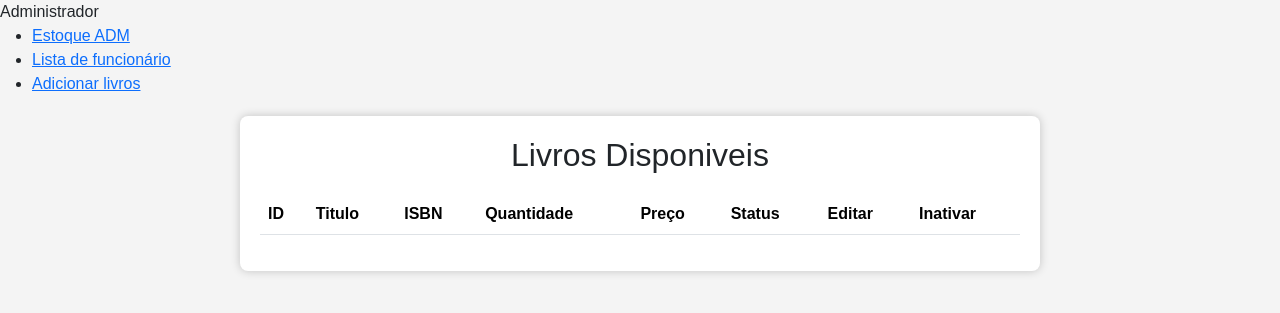
Repository: isabeli2203/tcc-final-agr-vai-oficial
Page: http://localhost/EstoqueADM
These files come from the project's save history. The page is drawn as it stood at one moment and after the next save; the edit follows.
The browser window is 1280 px wide. The pictures show the whole page.
The page is this project's Thymeleaf template; nobody is signed in. The template is opened directly, without the code that normally fills it, so the values that code supplies are empty.

Above is the page before, as saved 2023-10-14 17:55:12.

### universoliterario/src/main/resources/templates/EstoqueADM.html
<!DOCTYPE html>
<html lang="en">

<head>
	<meta charset="UTF-8">
	<meta name="viewport" content="width=device-width, initial-scale=1.0">
	<title>Lista de Livros</title>

	<script src="https://cdn.jsdelivr.net/npm/bootstrap@5.3.1/dist/js/bootstrap.min.js"
		integrity="sha384-Rx+T1VzGupg4BHQYs2gCW9It+akI2MM/mndMCy36UVfodzcJcF0GGLxZIzObiEfa"></script>
	<link href="https://cdn.jsdelivr.net/npm/bootstrap@5.3.1/dist/css/bootstrap.min.css" rel="stylesheet"
		integrity="sha384-4bw+/aepP/YC94hEpVNVgiZdgIC5+VKNBQNGCHeKRQN+PtmoHDEXuppvnDJzQIu9" crossorigin="anonymous">
	<style>
		body {
			font-family: Arial, sans-serif;
			margin: 0;
			padding: 0;
			background-color: #f4f4f4;
		}

		.container {
			max-width: 800px;
			margin: 20px auto;
			padding: 20px;
			background-color: #fff;
			border-radius: 8px;
			box-shadow: 0 0 10px rgba(0, 0, 0, 0.2);
		}

		h2 {
			text-align: center;
			margin-bottom: 20px;
		}

		.btn {
			background-color: #603fb6;
			color: #fff;
			padding: 5px 10px;
			border: none;
			border-radius: 4px;
			cursor: pointer;
			margin-left: 10px;
		}

		.btn-danger {
			background-color: #a682ff;
		}
	</style>
</head>

<body>
	<div class="sidebar">
		<div class="adm">Administrador</div>
		<ul class="menu">
			<li><a href="/universoliterario/funcionario/EstoqueADM">Estoque ADM</a></li>
			<li><a href="/universoliterario/funcionario/listaFun">Lista de funcionário</a></li>
			<li><a href="/universoliterario/funcionario/AdicionarLivroADM">Adicionar livros</a></li>
		</ul>
	</div>
		<div class="container">
		<h2>Livros Disponiveis</h2>

		<table class="table">
			<thead>
				<tr>

					<th scope="col">ID</th>
					<th scope="col">Titulo</th>
					<th scope="col">ISBN</th>
					<th scope="col">Quantidade</th>
					<th scope="col">Preço</th>
					<th scope="col">Status</th>
					<th scope="col">Editar</th>
					<th scope="col">Inativar</th>

				</tr>
			</thead>
			<tbody>
				<tr th:each="livro : ${livros}">
					<td th:text="${livro.id}"></td>
					<td th:text="${livro.titulo}"></td>
					<td th:text="${livro.isbn}"></td>
					<td th:text="${livro.quantidade}"></td>
					<td th:text="${livro.preco}"></td>
					<td th:text="${livro.statusLivro}"></td>
					<td><a th:href="@{/universoliterario/livros/EditarLivroADM/{id}(id=${livro.id})}"
							class="btn  btn-success btn-sm pb-0">
							Editar
						</a></td>
					<td><a th:href="@{/universoliterario/livros/inativarADM/{id}(id=${livro.id})}"
							class="btn  btn-success btn-sm pb-0">
							Inativar
						</a></td>
				</tr>
			</tbody>
		</table>
	</div>
</body>

</html>

After the next save:
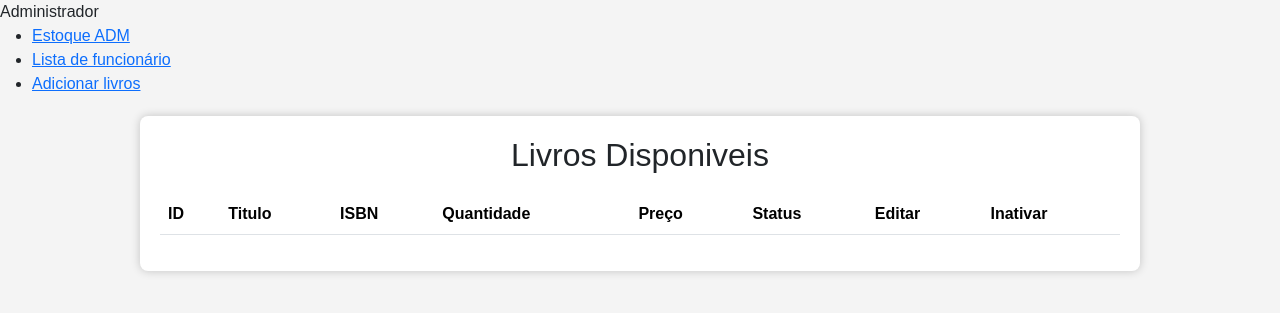
Saved 28 s later.
--- a/universoliterario/src/main/resources/templates/EstoqueADM.html
+++ b/universoliterario/src/main/resources/templates/EstoqueADM.html
@@ -19,7 +19,7 @@
 		}
 
 		.container {
-			max-width: 800px;
+			max-width: 1000px;
 			margin: 20px auto;
 			padding: 20px;
 			background-color: #fff;
